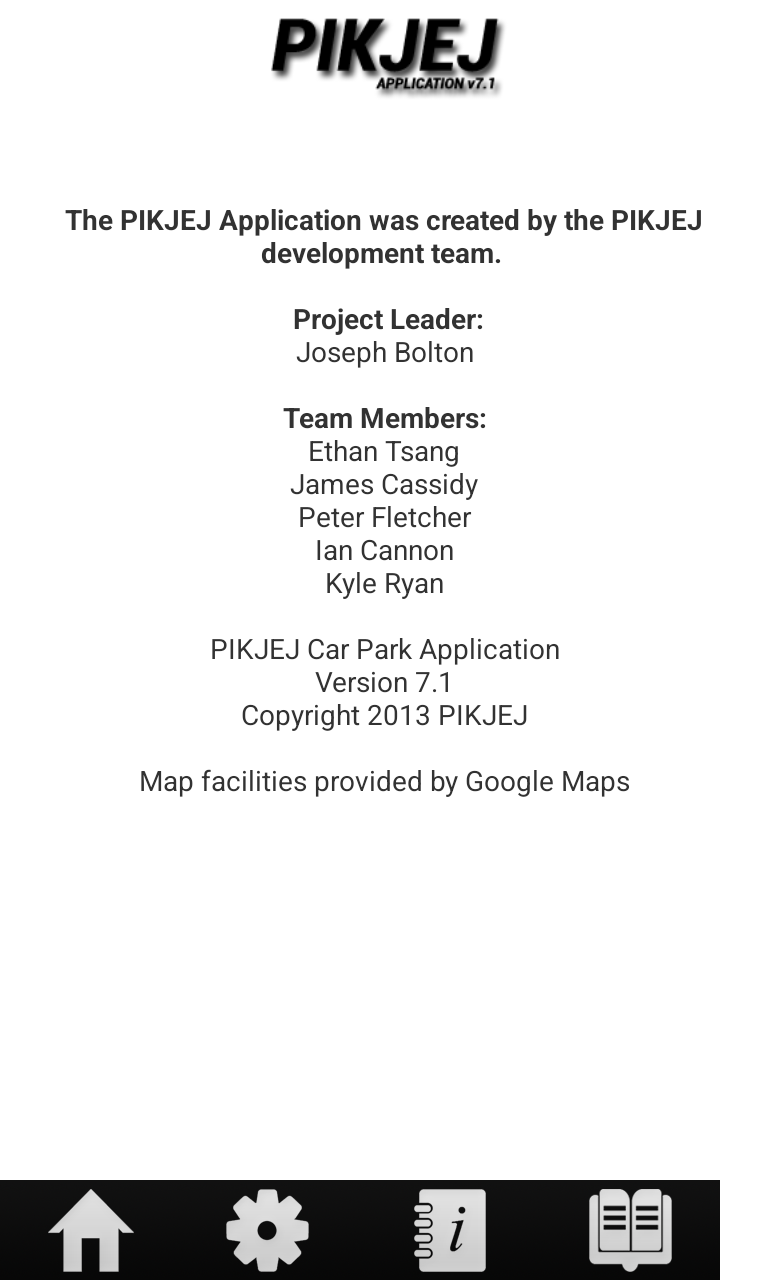
Repository: jo3bolton/PIKJEJ
Layout: PIKJEJ v7/PIKJEJ/res/layout/activity_about.xml
These files come from the project's save history. The layout is drawn as it stood at one moment and after the next save; the edit follows.
It is drawn on a 768 x 1280 px phone screen (xhdpi) without system bars, with theme AppTheme; the app's code is not run.

Above is the layout before, as saved 2013-03-23 14:03:55.

### PIKJEJ v7/PIKJEJ/res/layout/activity_about.xml
<RelativeLayout xmlns:android="http://schemas.android.com/apk/res/android"
    xmlns:tools="http://schemas.android.com/tools"
    android:layout_width="match_parent"
    android:layout_height="match_parent"
    android:screenOrientation="portrait"
    tools:context=".About" >

    <ImageButton
        android:id="@+id/home"
        android:layout_width="wrap_content"
        android:layout_height="wrap_content"
        android:layout_alignParentBottom="true"
        android:layout_alignParentLeft="true"
        android:background="@drawable/ic_tab_home_unselected"
        android:onClick="Home" />

    <ImageButton
        android:id="@+id/settings"
        android:layout_width="wrap_content"
        android:layout_height="wrap_content"
        android:layout_alignParentBottom="true"
        android:layout_toRightOf="@+id/home"
        android:background="@drawable/ic_tab_settings_unselected"
        android:onClick="Settings" />

    <ImageButton
        android:id="@+id/about"
        android:layout_width="wrap_content"
        android:layout_height="wrap_content"
        android:layout_alignParentBottom="true"
        android:layout_toRightOf="@+id/settings"
        android:background="@drawable/ic_tab_about_unselected"
        android:onClick="About" />

    <ImageButton
        android:id="@+id/userguide"
        android:layout_width="wrap_content"
        android:layout_height="wrap_content"
        android:layout_alignParentBottom="true"
        android:layout_toRightOf="@+id/about"
        android:background="@drawable/ic_tab_userguide_unselected"
        android:onClick="Userguide" />

<ScrollView
    android:id="@+id/ScrollView1"
    android:layout_width="wrap_content"
    android:layout_height="wrap_content"
    android:layout_alignParentLeft="true"
    android:layout_alignParentTop="true"
    android:layout_marginTop="100dp" >

    <TextView
        android:id="@+id/textView1"
        android:layout_width="wrap_content"
        android:layout_height="94dp"
        android:layout_alignParentLeft="true"
        android:layout_alignParentTop="true"
        android:gravity="center"
        android:scrollbars="vertical"
        android:text="@string/page_about" />

</ScrollView>

<ImageView
    android:id="@+id/imageView1"
    android:layout_width="wrap_content"
    android:layout_height="wrap_content"
    android:layout_alignParentTop="true"
    android:layout_centerHorizontal="true"
    android:src="@drawable/img_pikjej_about" />


</RelativeLayout>

### PIKJEJ v7/PIKJEJ/res/values/strings.xml
<?xml version="1.0" encoding="utf-8"?>
<resources>

    <string name="app_name">PIKJEJ</string>
    <string name="action_settings">Settings</string>
    <string name="hello_world">Hello world!</string>
    <string name="title_activity_about">About</string>
    <string name="title_activity_alt_travel">AltTravel</string>
    <string name="title_activity_userguide">Userguide</string>
    <string name="title_activity_schedule">Schedule</string>
    <string name="title_activity_settings">Settings</string>
    <string name="title_activity_predictor">Predictor</string>
    <string name="title_activity_terms">Terms</string>
    <string name="title_activity_splash">Splash</string>
    <string name="title_activity_home">Home</string>
    <string name="page_about"><b>The PIKJEJ Application was created by the PIKJEJ development team.</b> \n \n <b> Project Leader:</b> \n Joseph Bolton \n\n <b>Team Members:</b> \n Ethan Tsang \n James Cassidy \n Peter Fletcher \n Ian Cannon \n  Kyle Ryan \n\n PIKJEJ Car Park Application \n Version 7.1 \n Copyright 2013 PIKJEJ \n\n Map facilities provided by Google Maps \n\n </string>

</resources>

Loaded but not shown: PIKJEJ v7/PIKJEJ/res/values/styles.xml (common file); PIKJEJ v7/PIKJEJ/res/values-v11/styles.xml (common file); PIKJEJ v7/PIKJEJ/res/values-v14/styles.xml (common file)

After the next save:
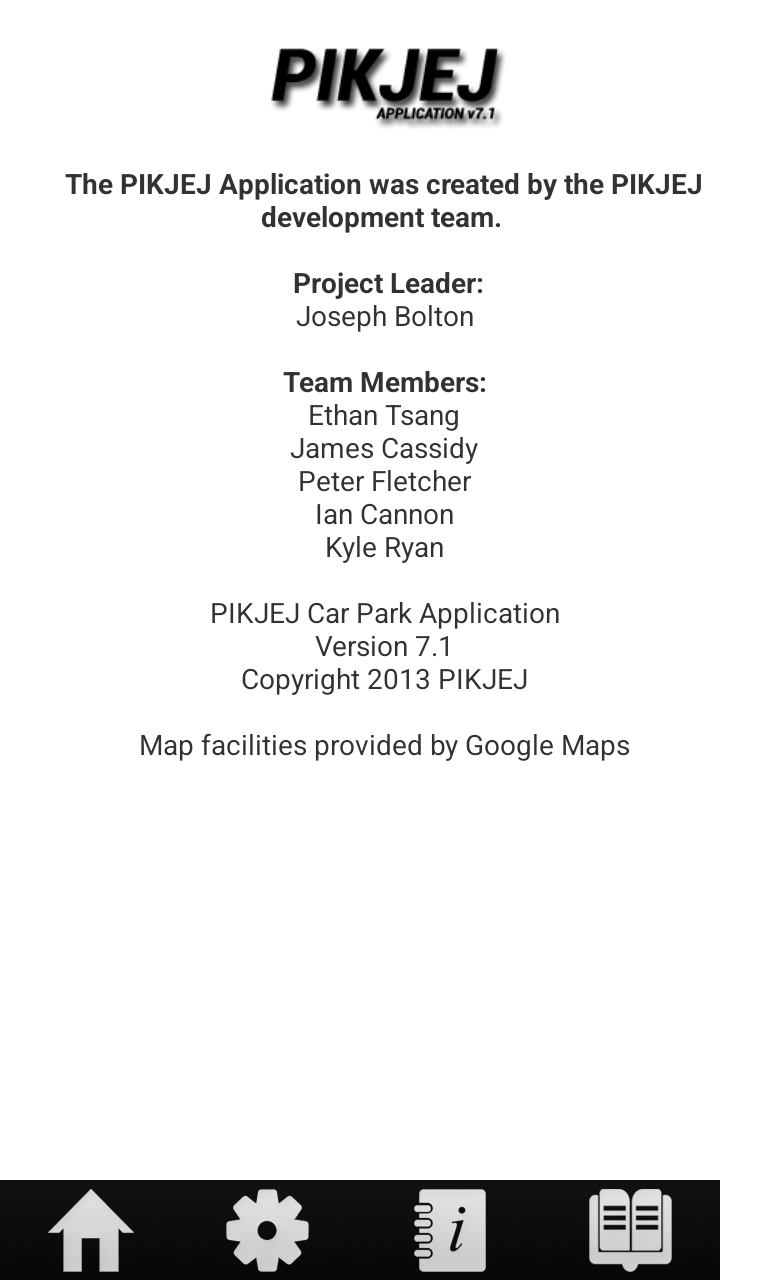
Saved 2 min 43 s later.
--- a/PIKJEJ v7/PIKJEJ/res/layout/activity_about.xml
+++ b/PIKJEJ v7/PIKJEJ/res/layout/activity_about.xml
@@ -47,7 +47,7 @@
     android:layout_height="wrap_content"
     android:layout_alignParentLeft="true"
     android:layout_alignParentTop="true"
-    android:layout_marginTop="100dp" >
+    android:layout_marginTop="82dp" >
 
     <TextView
         android:id="@+id/textView1"
@@ -67,7 +67,8 @@
     android:layout_height="wrap_content"
     android:layout_alignParentTop="true"
     android:layout_centerHorizontal="true"
-    android:src="@drawable/img_pikjej_about" />
+    android:src="@drawable/img_pikjej_about"
+	android:layout_marginTop="15dp" />
 
 
 </RelativeLayout>
